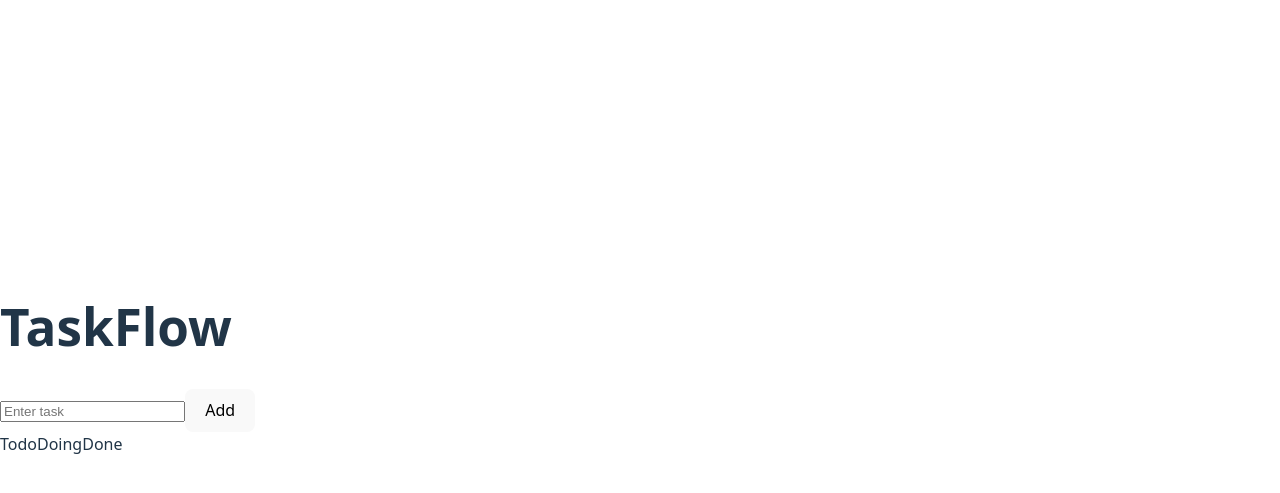
Repository: lissaintech/TaskFlow
Page: /
The author's editor kept a copy of each file at every save. The page is drawn from the files as they stood at one save, then again after a run of saves.
The browser window is 1280 px wide. The pictures show the whole page.
The project was rebuilt for these pictures with package versions that can differ from the ones it lists, and the page was loaded fresh each time. Also part of the build but not shown: vite.config.js.

Above is the page before, as saved 2026-02-11 15:31:58.

### index.html
<!doctype html>
<html lang="en">
  <head>
    <meta charset="UTF-8" />
    <link rel="icon" type="image/svg+xml" href="/vite.svg" />
    <meta name="viewport" content="width=device-width, initial-scale=1.0" />
    <title>taskflow</title>
  </head>
  <body>
    <div id="root"></div>
    <script type="module" src="/src/main.jsx"></script>
  </body>
</html>

### src/App.jsx
import { useEffect, useState } from 'react'

function App() {

  const [input, setInput] = useState("");

  const [tasks, setTasks] = useState([]);

  const addTask = () => {
    if(input.trim()=="") return;

    const newTask = {
      title : input,
      status : "Todo"
    }

    setTasks([...tasks, newTask])
    setInput("");
  };

  const deleteTask = (taskToDelete) => {
    const updatedTasks = tasks.filter(task => task!= taskToDelete)
    setTasks(updatedTasks);
  }

  const moveTask = (taskToMove, newStatus) => {
    const updatedTasks = tasks.map(task => {
      (task == taskToMove)? {...task, status:newStatus}
      : task
    })
    setTasks(updatedTasks);
  }

  useEffect(()=> {
    const saved = localStorage.getItem("tasks");

    if(saved){
      setTasks(JSON.parse(saved));
    }
  }, []);

  useEffect(() => {
    localStorage.setItem("tasks", JSON.stringify(tasks));
  }, [tasks]);

  return (
    <div>
      <h1>TaskFlow</h1>

      <input
        value={input}
        onChange={(e) => setInput(e.target.value)}
        placeholder="Enter task"
      />

      <button onClick={addTask}>Add</button>

      <div style={{display: "flex", gap: "40px"}}>

        {
          ["Todo", "Doing", "Done"]
        }

      </div>
    </div>
  );
}

export default App;

Loaded but not shown: src/main.jsx (common file); src/index.css (common file)

After the next 2 saves:
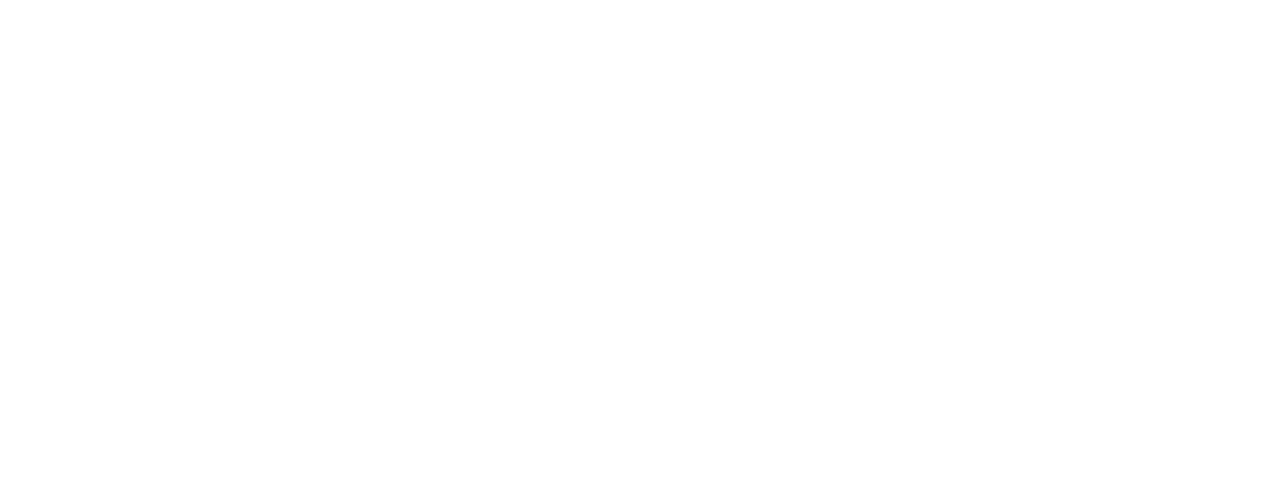
Console error (its wording comes from the project's code and is left out).
The 2 saves are shown as one change because they came seconds apart.
The last was saved 8 s later.
--- a/src/App.jsx
+++ b/src/App.jsx
@@ -58,7 +58,7 @@
       <div style={{display: "flex", gap: "40px"}}>
 
         {
-          ["Todo", "Doing", "Done"]
+          ["Todo", "Doing", "Done"].map((status))
         }
 
       </div>

After the 6 saves that followed:
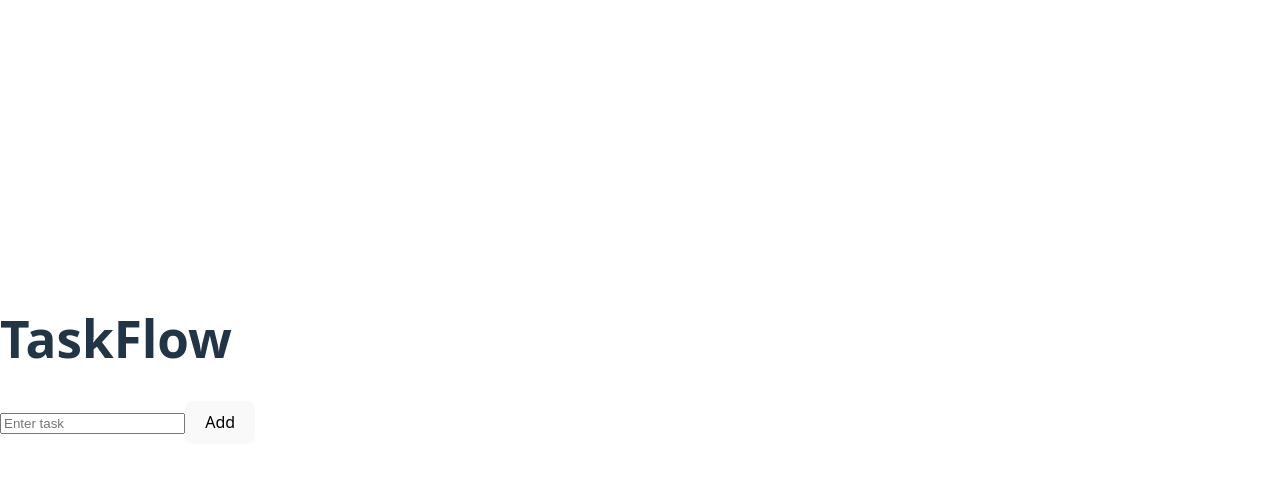
The error is gone.
The 6 saves are shown as one change because 4 did not build or start and some came seconds apart.
The last was saved 37 s later.
--- a/src/App.jsx
+++ b/src/App.jsx
@@ -58,7 +58,9 @@
       <div style={{display: "flex", gap: "40px"}}>
 
         {
-          ["Todo", "Doing", "Done"].map((status))
+          ["Todo", "Doing", "Done"].map((status)=>(
+            <div></div>
+          ))
         }
 
       </div>
